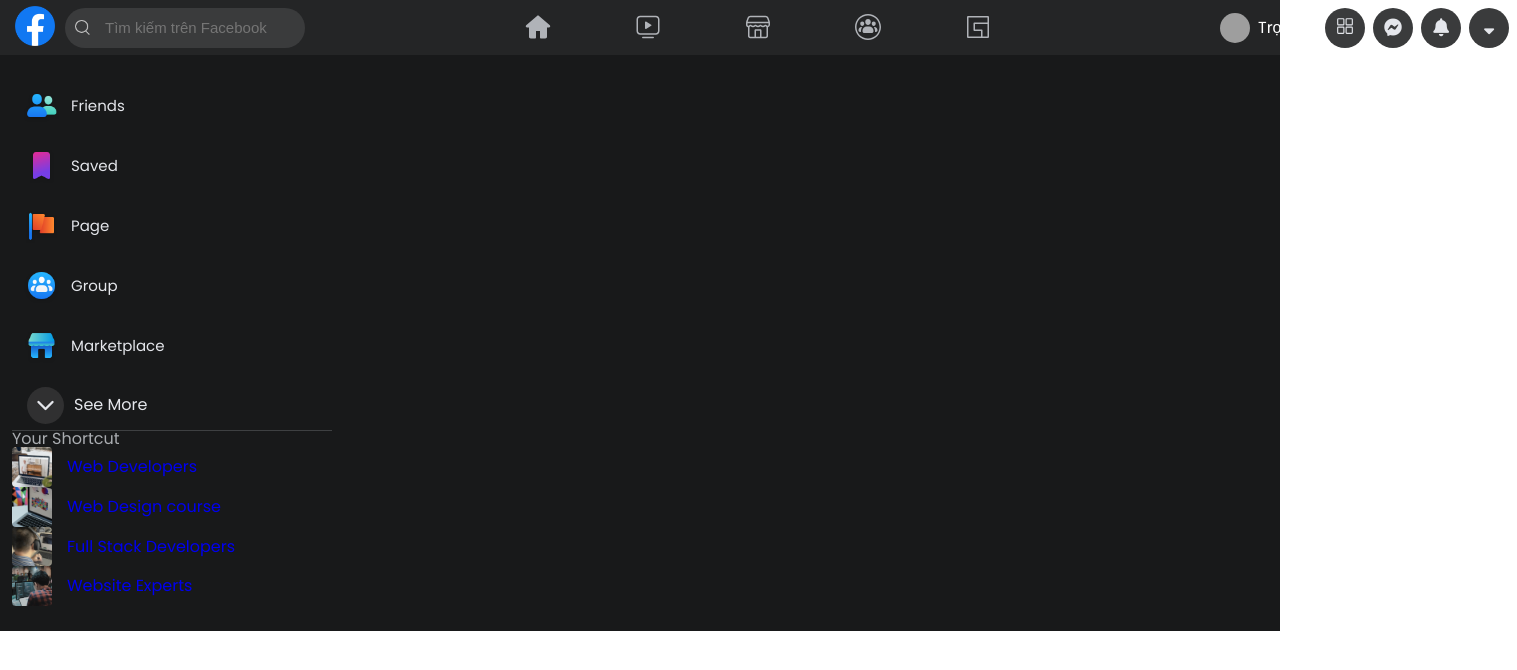
Repository: vanntrong/facebook-clone
Page: index.html
An editor plug-in stored every save of this project. The page is shown before and after the next save, followed by the edit.
The browser window is 1280 px wide. The page is 1517 px wide, so the pictures cover 1517 px, including what lies to the right of the window. The pictures show the whole page.
Pictures or frames that could not be fetched are drawn as grey boxes.

Above is the page before, as saved 2021-09-08 19:15:54.

### index.html
<!DOCTYPE html>
<html lang="en">
  <head>
    <meta charset="UTF-8" />
    <meta http-equiv="X-UA-Compatible" content="IE=edge" />
    <meta name="viewport" content="width=device-width, initial-scale=1.0" />
    <title>Facebook</title>
    <link rel="stylesheet" href="./assets/css/reset.css" />
    <link rel="stylesheet" href="./assets/css/base.css" />
    <link rel="stylesheet" href="./assets/css/style.css" />
    <link rel="stylesheet" href="./assets/fonts/fontawesome-free-5.15.4-web/css/all.css" />
    <script type="module" src="https://unpkg.com/ionicons@5.5.2/dist/ionicons/ionicons.esm.js"></script>
    <script nomodule src="https://unpkg.com/ionicons@5.5.2/dist/ionicons/ionicons.js"></script>
    <style>
      @import url("https://fonts.googleapis.com/css2?family=Poppins:wght@300;400;500;600;700&display=swap");
    </style>
  </head>
  <body>
    <!-- header -->
    <header class="header">
      <div class="header__nav-left">
        <div class="header__logo">
          <a href="" class="header__logo-link">
            <img src="./assets/images/logo.png" alt="Logo Facebook" class="header__logo-img" />
          </a>
        </div>
        <div class="header__search">
          <img src="./assets/images/search.png" class="header__search-img" />
          <input type="text" class="header__search-input" placeholder="Tìm kiếm trên Facebook" />
        </div>
      </div>

      <div class="header__nav-center">
        <ul class="header__nav-list">
          <li class="header__nav-item">
            <div class="header-item-link">
              <a href="#" class="header-item-icon">
                <svg viewBox="0 0 28 28" class="a8c37x1j ms05siws hwsy1cff b7h9ocf4 aaxa7vy3" height="28" width="28">
                  <path
                    d="M25.825 12.29C25.824 12.289 25.823 12.288 25.821 12.286L15.027 2.937C14.752 2.675 14.392 2.527 13.989 2.521 13.608 2.527 13.248 2.675 13.001 2.912L2.175 12.29C1.756 12.658 1.629 13.245 1.868 13.759 2.079 14.215 2.567 14.479 3.069 14.479L5 14.479 5 23.729C5 24.695 5.784 25.479 6.75 25.479L11 25.479C11.552 25.479 12 25.031 12 24.479L12 18.309C12 18.126 12.148 17.979 12.33 17.979L15.67 17.979C15.852 17.979 16 18.126 16 18.309L16 24.479C16 25.031 16.448 25.479 17 25.479L21.25 25.479C22.217 25.479 23 24.695 23 23.729L23 14.479 24.931 14.479C25.433 14.479 25.921 14.215 26.132 13.759 26.371 13.245 26.244 12.658 25.825 12.29"
                  ></path>
                </svg>
              </a>
            </div>
          </li>
          <li class="header__nav-item">
            <div class="header-item-link">
              <a href="#" class="header-item-icon">
                <svg viewBox="0 0 28 28" class="a8c37x1j ms05siws hwsy1cff b7h9ocf4 em6zcovv" height="28" width="28">
                  <path
                    d="M8.75 25.25C8.336 25.25 8 24.914 8 24.5 8 24.086 8.336 23.75 8.75 23.75L19.25 23.75C19.664 23.75 20 24.086 20 24.5 20 24.914 19.664 25.25 19.25 25.25L8.75 25.25ZM17.163 12.846 12.055 15.923C11.591 16.202 11 15.869 11 15.327L11 9.172C11 8.631 11.591 8.297 12.055 8.576L17.163 11.654C17.612 11.924 17.612 12.575 17.163 12.846ZM21.75 20.25C22.992 20.25 24 19.242 24 18L24 6.5C24 5.258 22.992 4.25 21.75 4.25L6.25 4.25C5.008 4.25 4 5.258 4 6.5L4 18C4 19.242 5.008 20.25 6.25 20.25L21.75 20.25ZM21.75 21.75 6.25 21.75C4.179 21.75 2.5 20.071 2.5 18L2.5 6.5C2.5 4.429 4.179 2.75 6.25 2.75L21.75 2.75C23.821 2.75 25.5 4.429 25.5 6.5L25.5 18C25.5 20.071 23.821 21.75 21.75 21.75Z"
                  ></path>
                </svg>
              </a>
            </div>
          </li>
          <li class="header__nav-item">
            <div class="header-item-link">
              <a href="#" class="header-item-icon">
                <svg viewBox="0 0 28 28" class="a8c37x1j ms05siws hwsy1cff b7h9ocf4 em6zcovv" height="28" width="28">
                  <path
                    d="M17.5 23.75 21.75 23.75C22.164 23.75 22.5 23.414 22.5 23L22.5 14 22.531 14C22.364 13.917 22.206 13.815 22.061 13.694L21.66 13.359C21.567 13.283 21.433 13.283 21.34 13.36L21.176 13.497C20.591 13.983 19.855 14.25 19.095 14.25L18.869 14.25C18.114 14.25 17.382 13.987 16.8 13.506L16.616 13.354C16.523 13.278 16.39 13.278 16.298 13.354L16.113 13.507C15.53 13.987 14.798 14.25 14.044 14.25L13.907 14.25C13.162 14.25 12.439 13.994 11.861 13.525L11.645 13.35C11.552 13.275 11.419 13.276 11.328 13.352L11.155 13.497C10.57 13.984 9.834 14.25 9.074 14.25L8.896 14.25C8.143 14.25 7.414 13.989 6.832 13.511L6.638 13.351C6.545 13.275 6.413 13.275 6.32 13.351L5.849 13.739C5.726 13.84 5.592 13.928 5.452 14L5.5 14 5.5 23C5.5 23.414 5.836 23.75 6.25 23.75L10.5 23.75 10.5 17.5C10.5 16.81 11.06 16.25 11.75 16.25L16.25 16.25C16.94 16.25 17.5 16.81 17.5 17.5L17.5 23.75ZM3.673 8.75 24.327 8.75C24.3 8.66 24.271 8.571 24.238 8.483L23.087 5.355C22.823 4.688 22.178 4.25 21.461 4.25L6.54 4.25C5.822 4.25 5.177 4.688 4.919 5.338L3.762 8.483C3.729 8.571 3.7 8.66 3.673 8.75ZM24.5 10.25 3.5 10.25 3.5 12C3.5 12.414 3.836 12.75 4.25 12.75L4.421 12.75C4.595 12.75 4.763 12.69 4.897 12.58L5.368 12.193C6.013 11.662 6.945 11.662 7.59 12.193L7.784 12.352C8.097 12.609 8.49 12.75 8.896 12.75L9.074 12.75C9.483 12.75 9.88 12.607 10.194 12.345L10.368 12.2C11.01 11.665 11.941 11.659 12.589 12.185L12.805 12.359C13.117 12.612 13.506 12.75 13.907 12.75L14.044 12.75C14.45 12.75 14.844 12.608 15.158 12.35L15.343 12.197C15.989 11.663 16.924 11.663 17.571 12.197L17.755 12.35C18.068 12.608 18.462 12.75 18.869 12.75L19.095 12.75C19.504 12.75 19.901 12.606 20.216 12.344L20.38 12.208C21.028 11.666 21.972 11.666 22.62 12.207L23.022 12.542C23.183 12.676 23.387 12.75 23.598 12.75 24.097 12.75 24.5 12.347 24.5 11.85L24.5 10.25ZM24 14.217 24 23C24 24.243 22.993 25.25 21.75 25.25L6.25 25.25C5.007 25.25 4 24.243 4 23L4 14.236C2.875 14.112 2 13.158 2 12L2 9.951C2 9.272 2.12 8.6 2.354 7.964L3.518 4.802C4.01 3.563 5.207 2.75 6.54 2.75L21.461 2.75C22.793 2.75 23.99 3.563 24.488 4.819L25.646 7.964C25.88 8.6 26 9.272 26 9.951L26 11.85C26 13.039 25.135 14.026 24 14.217ZM16 23.75 16 17.75 12 17.75 12 23.75 16 23.75Z"
                  ></path>
                </svg>
              </a>
            </div>
          </li>
          <li class="header__nav-item">
            <div class="header-item-link">
              <a href="#" class="header-item-icon">
                <svg viewBox="0 0 28 28" class="a8c37x1j ms05siws hwsy1cff b7h9ocf4 em6zcovv" height="28" width="28">
                  <path
                    d="M25.5 14C25.5 7.649 20.351 2.5 14 2.5 7.649 2.5 2.5 7.649 2.5 14 2.5 20.351 7.649 25.5 14 25.5 20.351 25.5 25.5 20.351 25.5 14ZM27 14C27 21.18 21.18 27 14 27 6.82 27 1 21.18 1 14 1 6.82 6.82 1 14 1 21.18 1 27 6.82 27 14ZM7.479 14 7.631 14C7.933 14 8.102 14.338 7.934 14.591 7.334 15.491 6.983 16.568 6.983 17.724L6.983 18.221C6.983 18.342 6.99 18.461 7.004 18.578 7.03 18.802 6.862 19 6.637 19L6.123 19C5.228 19 4.5 18.25 4.5 17.327 4.5 15.492 5.727 14 7.479 14ZM20.521 14C22.274 14 23.5 15.492 23.5 17.327 23.5 18.25 22.772 19 21.878 19L21.364 19C21.139 19 20.97 18.802 20.997 18.578 21.01 18.461 21.017 18.342 21.017 18.221L21.017 17.724C21.017 16.568 20.667 15.491 20.067 14.591 19.899 14.338 20.067 14 20.369 14L20.521 14ZM8.25 13C7.147 13 6.25 11.991 6.25 10.75 6.25 9.384 7.035 8.5 8.25 8.5 9.465 8.5 10.25 9.384 10.25 10.75 10.25 11.991 9.353 13 8.25 13ZM19.75 13C18.647 13 17.75 11.991 17.75 10.75 17.75 9.384 18.535 8.5 19.75 8.5 20.965 8.5 21.75 9.384 21.75 10.75 21.75 11.991 20.853 13 19.75 13ZM15.172 13.5C17.558 13.5 19.5 15.395 19.5 17.724L19.5 18.221C19.5 19.202 18.683 20 17.677 20L10.323 20C9.317 20 8.5 19.202 8.5 18.221L8.5 17.724C8.5 15.395 10.441 13.5 12.828 13.5L15.172 13.5ZM16.75 9C16.75 10.655 15.517 12 14 12 12.484 12 11.25 10.655 11.25 9 11.25 7.15 12.304 6 14 6 15.697 6 16.75 7.15 16.75 9Z"
                  ></path>
                </svg>
              </a>
            </div>
          </li>
          <li class="header__nav-item">
            <div class="header-item-link">
              <a href="#" class="header-item-icon">
                <svg viewBox="0 0 28 28" class="a8c37x1j ms05siws hwsy1cff b7h9ocf4 em6zcovv" height="28" width="28">
                  <path
                    d="M23.5 9.5H10.25a.75.75 0 00-.75.75v7c0 .414.336.75.75.75H17v5.5H4.5v-19h19v5zm0 14h-5v-6.25a.75.75 0 00-.75-.75H11V11h12.5v12.5zm1.5.25V4.25C25 3.561 24.439 3 23.75 3H4.25C3.561 3 3 3.561 3 4.25v19.5c0 .689.561 1.25 1.25 1.25h19.5c.689 0 1.25-.561 1.25-1.25z"
                  ></path>
                </svg>
              </a>
            </div>
          </li>
        </ul>
      </div>

      <div class="header__nav-right">
        <div class="header__nav-user">
          <img
            src="https://scontent.fsgn8-1.fna.fbcdn.net/v/t1.6435-1/p240x240/210197760_1699894010195731_8413836282276662202_n.jpg?_nc_cat=108&ccb=1-5&_nc_sid=7206a8&_nc_ohc=VyKzTsO_4DMAX9YWiV5&tn=ZfnwPn3exKDbVvbU&_nc_ht=scontent.fsgn8-1.fna&oh=88a15a829e8b30a39c7311926931e93a&oe=615D2151"
            class="header__nav-user-img"
          />
          <span class="header__nav-user-name">Trọng</span>
        </div>
        <div class="header__nav-menu">
          <ul class="header-menu-list">
            <li class="header-menu-item">
              <div class="header-menu-link">
                <a href="#" class="header-menu-icon">
                  <ion-icon name="grid-outline"></ion-icon>
                </a>
              </div>
            </li>
            <li class="header-menu-item">
              <div class="header-menu-link">
                <a href="#" class="header-menu-icon">
                  <i class="fab fa-facebook-messenger"></i>
                </a>
              </div>
            </li>
            <li class="header-menu-item">
              <div class="header-menu-link">
                <a href="#" class="header-menu-icon">
                  <i class="fas fa-bell"></i>
                </a>
              </div>
            </li>
            <li class="header-menu-item">
              <div class="header-menu-link">
                <a href="#" class="header-menu-icon">
                  <i class="fas fa-sort-down"></i>
                </a>
              </div>
            </li>
          </ul>
        </div>
      </div>
    </header>

    <!-- container -->
    <div class="app__container">
      <!-- left-sidebar -->
      <div class="left-sidebar">
        <div class="imp-links">
          <a class="imp-links-link" href="#"><img src="./assets/images/friends.png" />Friends</a>
          <a class="imp-links-link" href="#"><img src="./assets/images/saved.png" />Saved</a>
          <a class="imp-links-link" href="#"><img src="./assets/images/pages.png" />Page</a>
          <a class="imp-links-link" href="#"><img src="./assets/images/group.png" />Group</a>
          <a class="imp-links-link" href="#"><img src="./assets/images/marketplace.png" />Marketplace</a>
          <div class="sidebar-see-more">
            <div class="see-more-icon">
              <ion-icon name="chevron-down-outline"></ion-icon>
            </div>
            <span class="see-more-text">See More</span>
          </div>
        </div>

        <div class="shortcut-side">
          <p class="shortcut-text">Your Shortcut</p>
          <a href="#" class="shortcut-link"
            ><img src="./assets/images/shortcut-1.png" class="shortcut-img" />Web Developers</a
          >
          <a href="#" class="shortcut-link"
            ><img src="./assets/images/shortcut-2.png" class="shortcut-img" />Web Design course</a
          >
          <a href="#" class="shortcut-link"
            ><img src="./assets/images/shortcut-3.png" class="shortcut-img" />Full Stack Developers</a
          >
          <a href="#" class="shortcut-link"
            ><img src="./assets/images/shortcut-4.png" class="shortcut-img" />Website Experts</a
          >
        </div>
      </div>
      <div class="main-content"></div>
      <div class="right-sidebar"></div>
    </div>

    <footer class="footer"></footer>
  </body>
</html>

### assets/css/base.css
:root {
  --primary-color: #242526;
}

html {
  font-family: "Poppins", sans-serif;
}

* {
  box-sizing: border-box;
}

### assets/css/style.css
.header {
  display: flex;
  align-items: center;
  height: 55px;
  background-color: var(--primary-color);
}

.header__nav-left {
  display: flex;
  align-items: center;
  height: 100%;
}

.header__logo {
  margin-left: 15px;
  margin-right: 10px;
}

.header__logo-link {
  text-decoration: none;
  color: transparent;
}

.header__logo-img {
  width: 40px;
  height: 40px;
}

.header__search {
  background-color: #3a3b3c;
  width: 240px;
  height: 40px;
  border-radius: 20px;
  display: flex;
  align-items: center;
  color: #9ea1a6;
}
.header__search-img {
  width: 15px;
  margin: 10px;
}
.header__search-input {
  width: 100%;
  color: #fff;
  font-weight: 300;
  font-size: 15px;
  background-color: transparent;
  outline: none;
  padding: 0 5px;
  border: 0;
}

.header__nav-center {
  width: 545px;
  height: 100%;
  margin: 0 160px;
}

.header__nav-list {
  display: flex;
  align-items: center;
  list-style: none;
  height: 100%;
}

.header__nav-item {
  width: 110px;
  height: 100%;
  padding: 0 20px;
}

.header-item-link {
  width: 105px;
  height: 53px;
  align-items: center;
  justify-content: center;
  transition: height linear 0.1s;
}

.header-item-link:hover {
  background-color: #4d4c4c;
  border-radius: 10px;
}

.header-item-icon {
  color: #fff;
  fill: #b0b3b8;
  width: 100%;
  height: 100%;
  display: flex;
  align-items: center;
  justify-content: center;
}

.header__nav-right {
  display: flex;
  align-items: center;
  flex: 1;
  height: 100%;
  margin-left: 50px;
}

.header__nav-user {
  display: flex;
  align-items: center;
  margin-right: 20px;
  width: 85px;
  height: 40px;
}

.header__nav-user:hover {
  background-color: #3a3b3c;
  border-radius: 20px;
}

.header__nav-user-img {
  width: 30px;
  height: 30px;
  border-radius: 50%;
}

.header__nav-user-name {
  color: #fff;
  font-size: 16px;
  padding-left: 8px;
  cursor: pointer;
}

.header__nav-menu {
}

.header-menu-list {
  display: flex;
  align-items: center;
  justify-content: space-between;
}

.header-menu-link {
  display: flex;
  align-items: center;
  justify-content: center;
  font-size: 18px;
  margin: 0 8px 0 0;
  background-color: #3a3b3c;
  width: 40px;
  height: 40px;
  border-radius: 50%;
}

.header-menu-link:hover {
  background-color: #595b5c;
}

.header-menu-icon {
  color: #e4e6eb;
  display: block;
}

/* container */
.app__container {
  display: flex;
  justify-content: space-between;
  padding: 25px 0;
  background-color: #18191a;
  height: 100%;
}

.left-sidebar {
  flex-basis: 25%;
  position: relative;
  margin-left: 12px;
}

.imp-links {
  display: flex;
  flex-direction: column;
  position: relative;
  border-bottom: 1px solid #3e4042;
}

.imp-links-link {
  height: 50px;
  width: 100%;
  font-size: 15px;
  color: #e4e6eb;
  text-decoration: none;
  margin-bottom: 10px;
  display: flex;
  align-items: center;
}

.imp-links-link:hover {
  background-color: rgba(255, 255, 255, 0.1);
  border-radius: 10px;
  cursor: pointer;
}

.imp-links a img {
  width: 35px;
  margin: 0 12px;
}

.sidebar-see-more {
  color: #e4e6eb;
  display: flex;
  align-items: center;
  width: 100%;
  height: 50px;
}

.sidebar-see-more:hover {
  background-color: rgba(255, 255, 255, 0.1);
  border-radius: 10px;
  cursor: pointer;
}

.see-more-icon {
  font-size: 25px;
  width: 37px;
  height: 37px;
  display: flex;
  align-items: center;
  justify-content: center;
  /* margin: 0 15px; */
  margin-left: 15px;
  margin-right: 10px;
  background-color: #303031;
  border-radius: 50%;
}

.shortcut-side {
  display: flex;
  flex-direction: column;
}

.shortcut-text {
  color: #a9acb0;
}

.shortcut-link {
  display: flex;
  align-items: center;
  text-decoration: none;
}

.shortcut-img {
  width: 40px;
  border-radius: 4px;
  margin-right: 15px;
}

.main-content {
  flex-basis: 47%;
}

.right-sidebar {
  flex-basis: 25%;
}

Loaded but not shown: assets/css/reset.css (common file); assets/fonts/fontawesome-free-5.15.4-web/css/all.css (library)

After the next save:
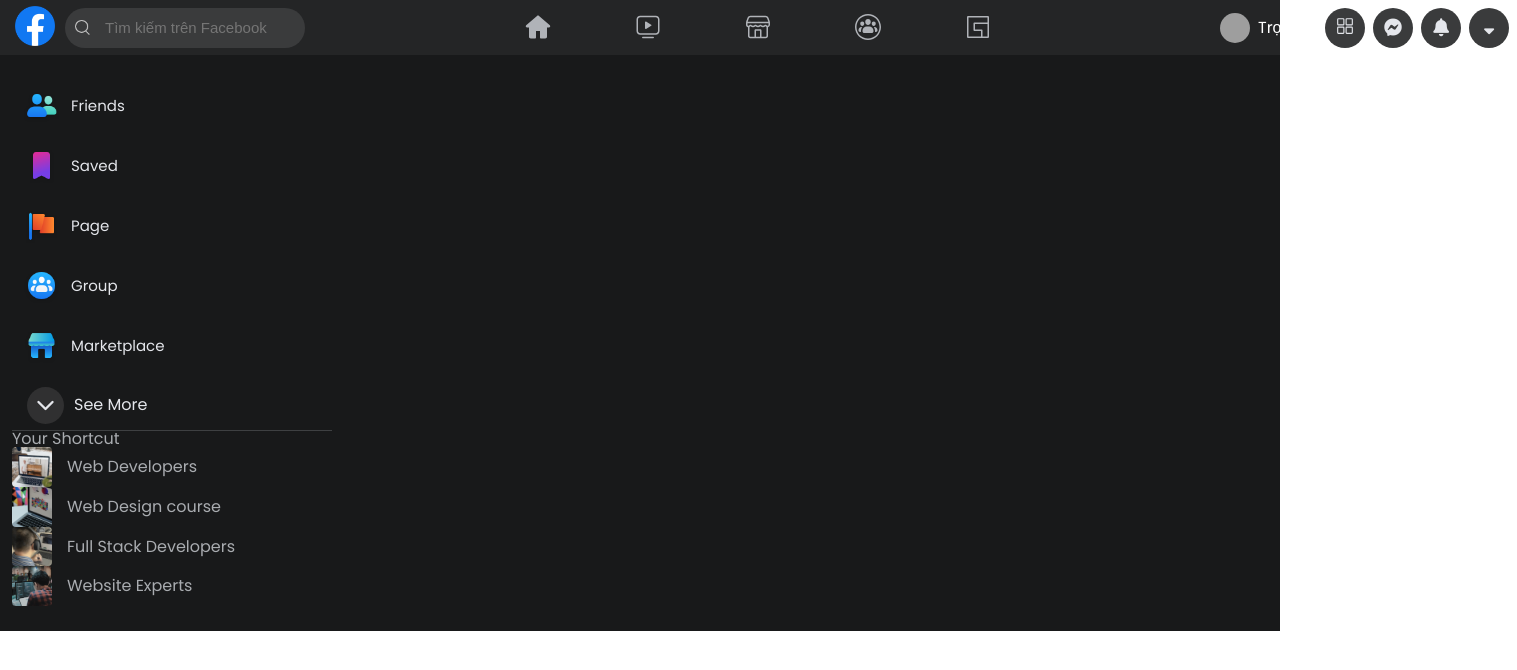
Saved 26 s later.
--- a/assets/css/style.css
+++ b/assets/css/style.css
@@ -241,6 +241,7 @@
   display: flex;
   align-items: center;
   text-decoration: none;
+  color: #a9acb0;
 }
 
 .shortcut-img {

After the save that followed:
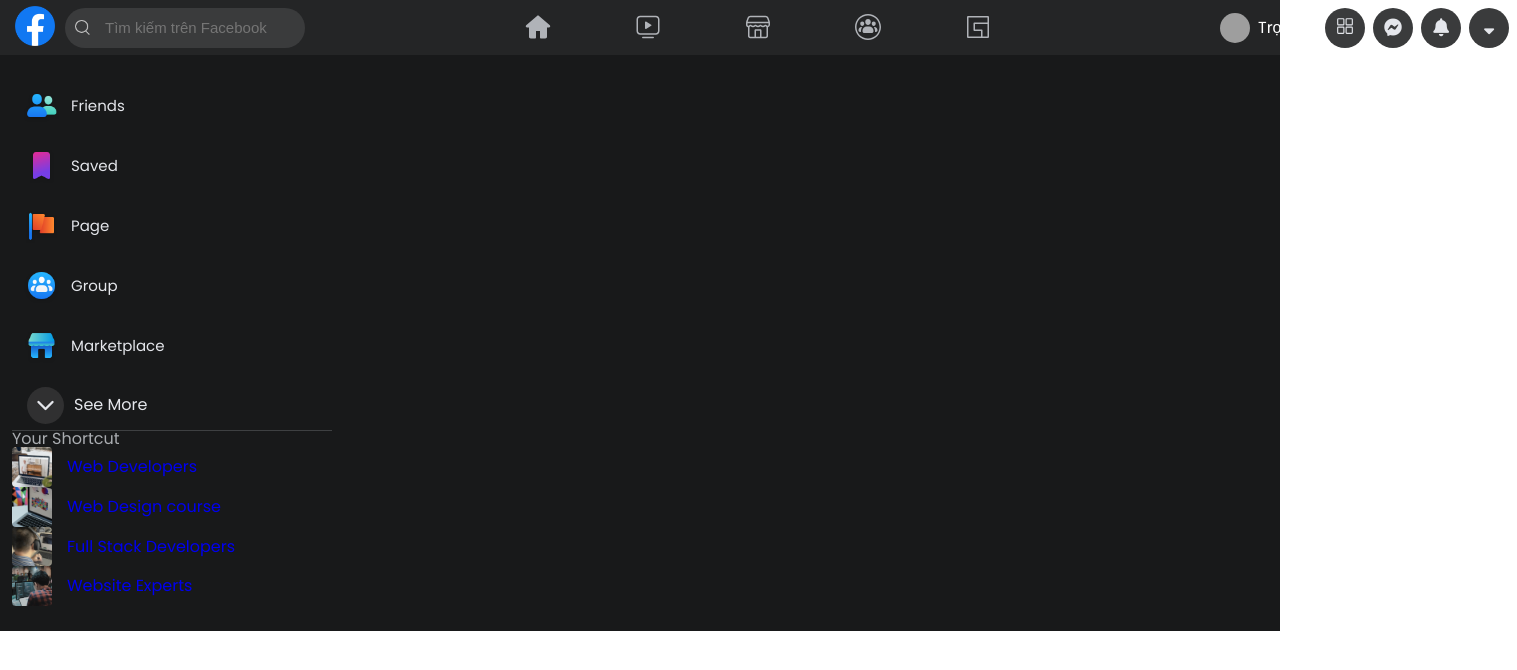
Saved 13 s later.
--- a/assets/css/style.css
+++ b/assets/css/style.css
@@ -241,7 +241,8 @@
   display: flex;
   align-items: center;
   text-decoration: none;
-  color: #a9acb0;
+  color: #  color: #e4e6eb;
+  ;
 }
 
 .shortcut-img {
